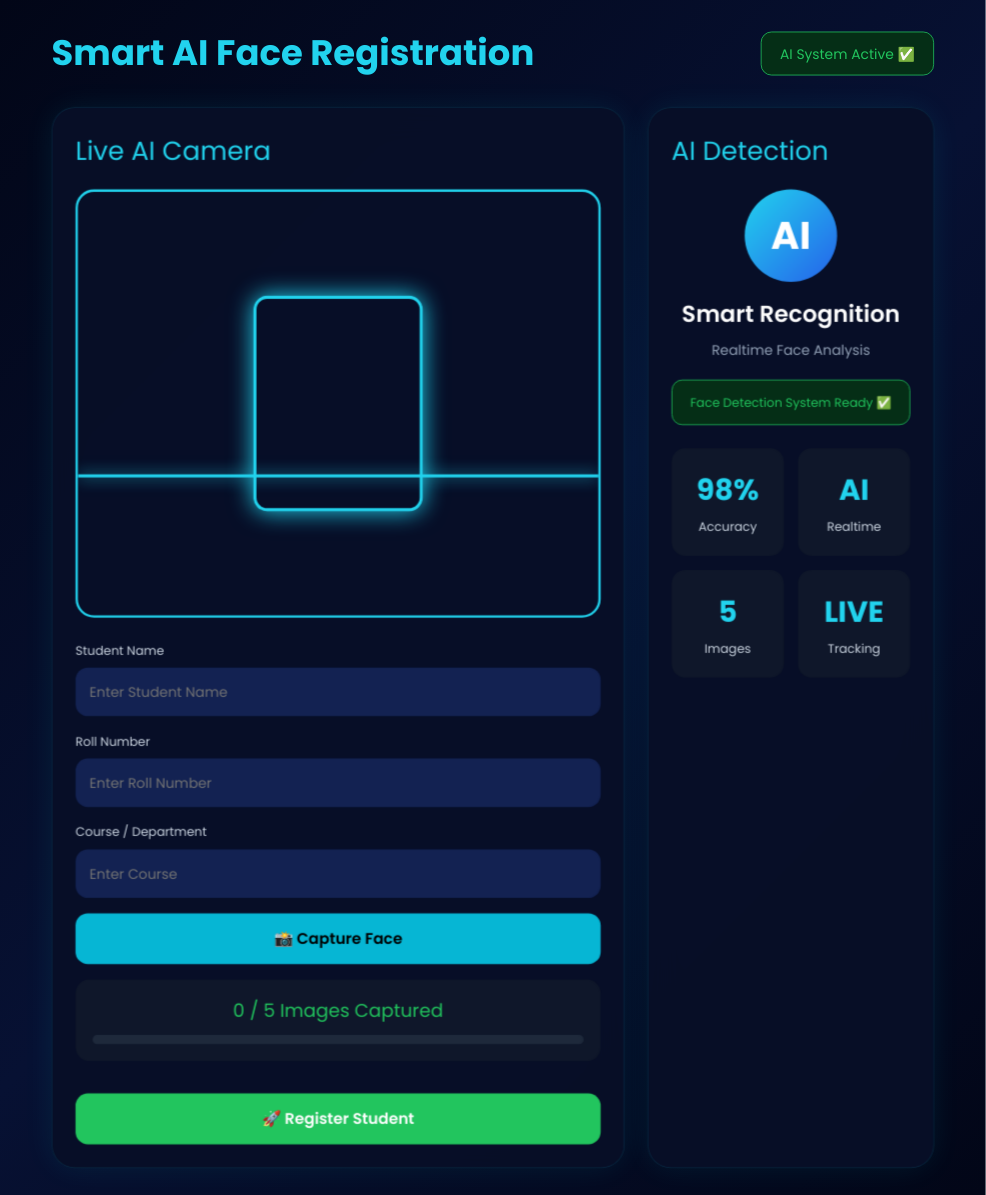
Repository: tejaskale123/smart-campus-intelligence-system
Page: backend/templates/authentication/register_face.html
An editor plug-in stored every save of this project. The page is shown before and after the next save, followed by the edit.
The browser window is 1280 px wide. The pictures show the whole page, at 77% of full size.
The template is drawn by Django 5.2. The application's start-up code is not run. The template is opened directly, without the code that normally fills it, so the values that code supplies are empty.

Above is the page before, as saved 2026-05-11 18:38:21.

After the next save:
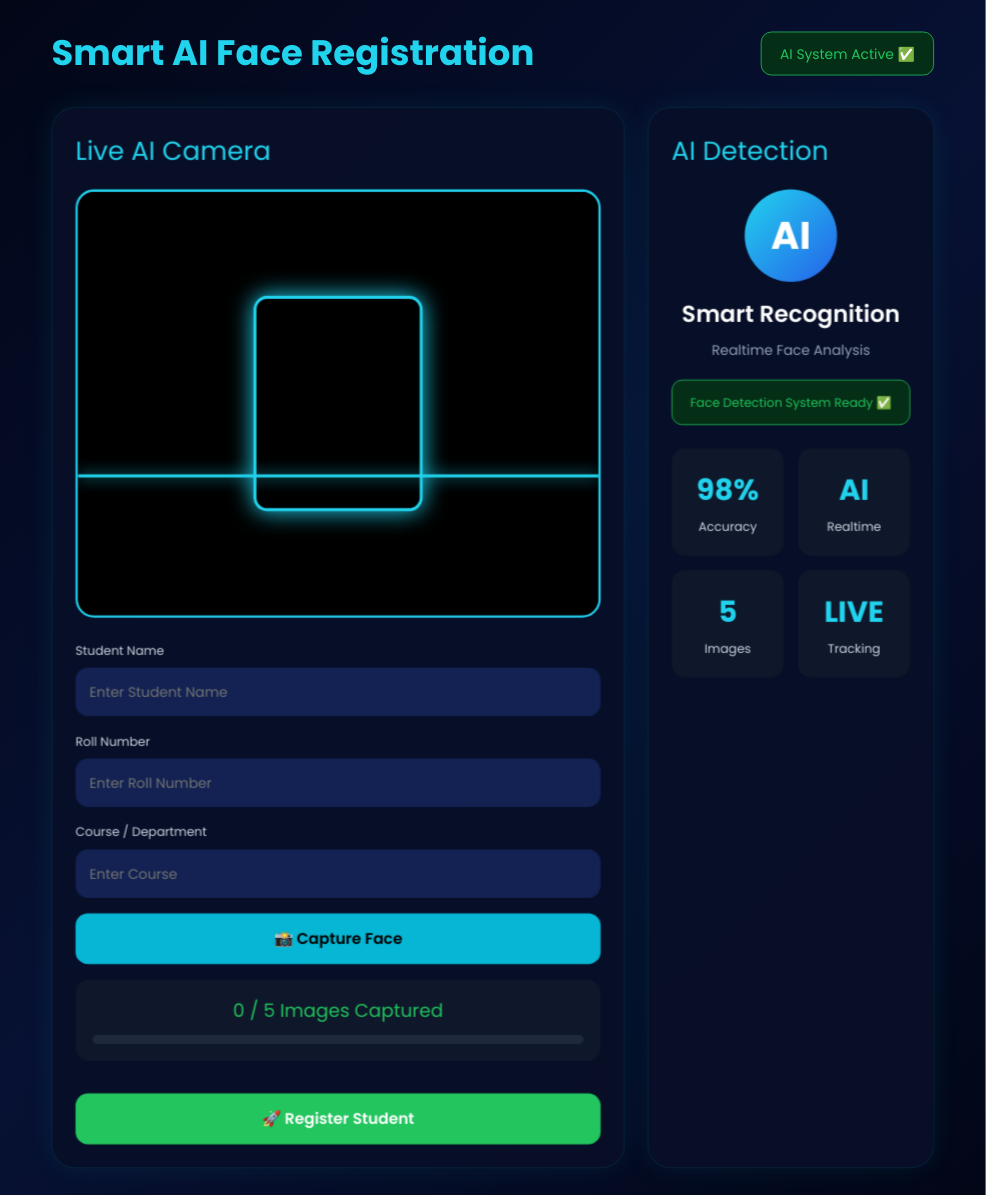
Saved 5 min 59 s later.
--- a/backend/templates/authentication/register_face.html
+++ b/backend/templates/authentication/register_face.html
@@ -147,6 +147,8 @@ video{
     object-fit:cover;
 
     display:block;
+
+    background:black;
 }
 
 .scan-line{
@@ -458,6 +460,21 @@ input:focus{
     color:#22c55e;
 }
 
+.preview-container img{
+
+    width:90px;
+
+    height:90px;
+
+    object-fit:cover;
+
+    border-radius:12px;
+
+    margin:5px;
+
+    border:2px solid #22d3ee;
+}
+
 @media(max-width:1100px){
 
     .grid{
@@ -495,7 +512,7 @@ input:focus{
 
     <div class="grid">
 
-        <!-- LEFT SIDE -->
+        <!-- LEFT -->
 
         <div class="card">
 
@@ -617,7 +634,7 @@ input:focus{
 
         </div>
 
-        <!-- RIGHT SIDE -->
+        <!-- RIGHT -->
 
         <div class="card">
 
@@ -705,10 +722,7 @@ const video =
     document.getElementById("video");
 
 
-// ======================
 // START CAMERA
-// ======================
-
 async function startCamera(){
 
     try{
@@ -719,8 +733,8 @@ async function startCamera(){
             .getUserMedia({
 
                 video:{
-                    width:1280,
-                    height:720,
+                    width:640,
+                    height:480,
                     facingMode:"user"
                 },
 
@@ -730,10 +744,6 @@ async function startCamera(){
         video.srcObject = stream;
 
         await video.play();
-
-        console.log(
-            "Camera Started"
-        );
 
         document
         .getElementById(
@@ -756,8 +766,6 @@ async function startCamera(){
 
 }
 
-
-// PAGE LOAD
 window.onload = function(){
 
     startCamera();
@@ -765,13 +773,9 @@ window.onload = function(){
 };
 
 
-// ======================
-// CAPTURE FACE
-// ======================
-
+// CAPTURE
 function captureFace(){
 
-    // LIMIT
     if(capturedImages.length >= 5){
 
         alert(
@@ -781,10 +785,7 @@ function captureFace(){
         return;
     }
 
-    // CAMERA READY?
-    if(
-        video.readyState !== 4
-    ){
+    if(video.readyState !== 4){
 
         alert(
             "Camera Not Ready"
@@ -793,47 +794,35 @@ function captureFace(){
         return;
     }
 
-    // CREATE CANVAS
     const canvas =
         document.createElement(
             "canvas"
         );
 
-    canvas.width =
-        video.videoWidth;
-
-    canvas.height =
-        video.videoHeight;
+    canvas.width = 400;
+    canvas.height = 300;
 
     const ctx =
         canvas.getContext("2d");
 
-    // DRAW IMAGE
     ctx.drawImage(
-
         video,
-
         0,
         0,
-
         canvas.width,
         canvas.height
-
     );
 
-    // IMAGE DATA
     const imageData =
         canvas.toDataURL(
             "image/jpeg",
-            1.0
-        );
-
-    // SAVE
+            0.5
+        );
+
     capturedImages.push(
         imageData
     );
 
-    // COUNT
     document
     .getElementById(
         "imageCount"
@@ -842,7 +831,6 @@ function captureFace(){
         capturedImages.length +
         " / 5 Images Captured";
 
-    // PROGRESS
     document
     .getElementById(
         "progressFill"
@@ -851,7 +839,6 @@ function captureFace(){
         (capturedImages.length * 20)
         + "%";
 
-    // PREVIEW
     const previewContainer =
         document.getElementById(
             "previewContainer"
@@ -864,23 +851,9 @@ function captureFace(){
 
     img.src = imageData;
 
-    img.style.width = "90px";
-
-    img.style.height = "90px";
-
-    img.style.objectFit = "cover";
-
-    img.style.borderRadius = "12px";
-
-    img.style.margin = "5px";
-
-    img.style.border =
-        "2px solid #22d3ee";
-
     previewContainer
     .appendChild(img);
 
-    // STATUS
     document
     .getElementById(
         "statusBox"
@@ -890,26 +863,10 @@ function captureFace(){
         capturedImages.length +
         " Captured";
 
-    // DONE
-    if(capturedImages.length === 5){
-
-        document
-        .getElementById(
-            "statusBox"
-        ).innerHTML =
-
-            "🚀 All 5 Images Captured";
-
-    }
-
-}
-
-
-
-// ======================
-// REGISTER STUDENT
-// ======================
-
+}
+
+
+// REGISTER
 async function registerStudent(){
 
     const student_name =
@@ -927,8 +884,6 @@ async function registerStudent(){
             "course"
         ).value;
 
-
-    // VALIDATION
     if(
         !student_name ||
         !roll_number ||
@@ -953,8 +908,6 @@ async function registerStudent(){
         return;
     }
 
-
-    // FORM DATA
     const formData =
         new FormData();
 
@@ -986,7 +939,6 @@ async function registerStudent(){
 
     );
 
-
     try{
 
         const response =
@@ -1016,8 +968,6 @@ async function registerStudent(){
             data.message
         );
 
-
-        // REDIRECT
         if(
             data.status ===
             "success"
@@ -1043,3 +993,6 @@ async function registerStudent(){
 }
 
 </script>
+
+</body>
+</html>
